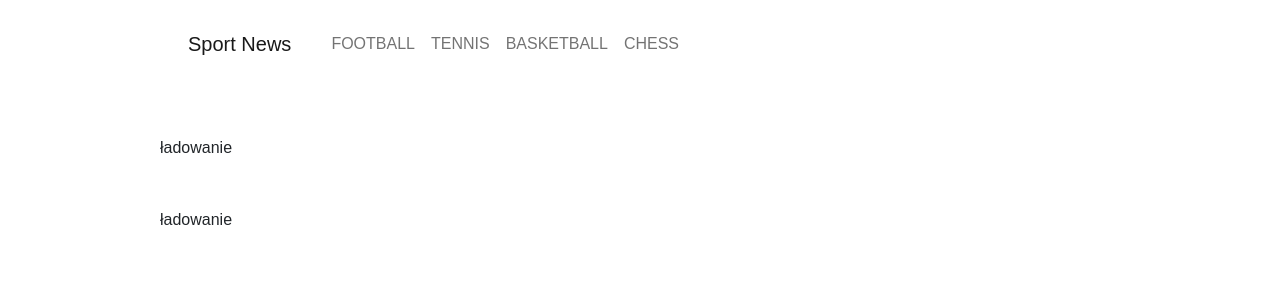
Repository: michalgornicki/sportnews
Page: /
The author's editor kept a copy of each file at every save. The page is drawn from the files as they stood at one save, then again after the next save.
The browser window is 1280 px wide. The pictures show the whole page.
The page's requests for data from a server got no answer. The project was rebuilt for these pictures with package versions that can differ from the ones it lists, and the page was loaded fresh each time. No one was signed in, and anything a server would have sent is missing. Also part of the build but not shown: src/components/Post.jsx.

Above is the page before, as saved 2022-03-01 10:42:06.

After the next save:
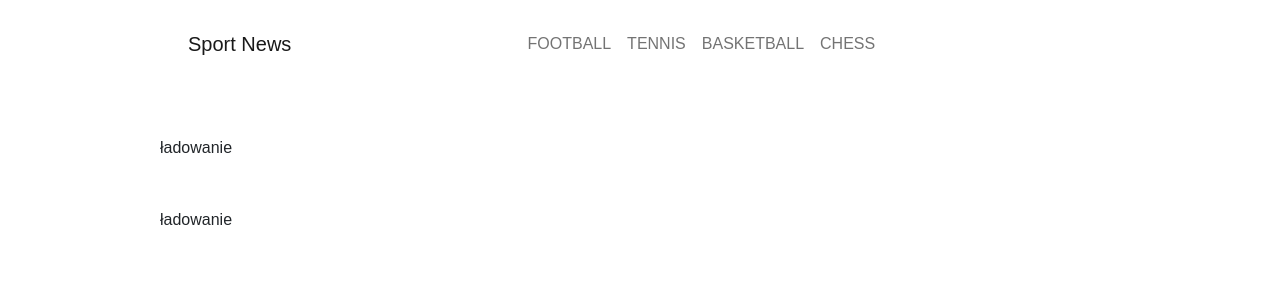
Saved 8 s later.
--- a/src/App.jsx
+++ b/src/App.jsx
@@ -32,7 +32,7 @@ function App() {
             </Navbar.Brand>
             <Navbar.Toggle aria-controls="basic-navbar-nav" />
             <Navbar.Collapse id="basic-navbar-nav">
-              <Nav className="me-auto w-50">
+              <Nav className="m-auto w-50">
                 <Nav.Link href="#link">FOOTBALL</Nav.Link>
                 <Nav.Link href="#link">TENNIS</Nav.Link>
                 <Nav.Link href="#link">BASKETBALL</Nav.Link>
